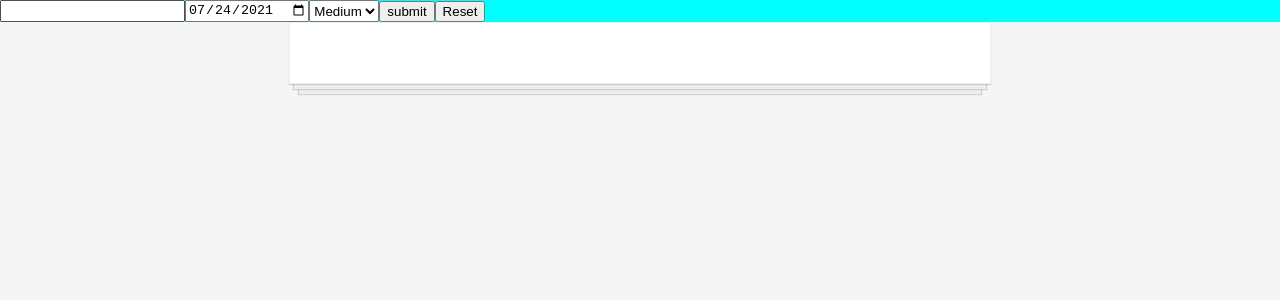
Repository: 0101chaitanya/react-todo
Page: /
These files come from the project's save history. The page is drawn as it stood at one moment and after the next save; the edit follows.
The browser window is 1280 px wide. The pictures show the whole page.
The project was rebuilt for these pictures with package versions that can differ from the ones it lists, and the page was loaded fresh each time. Also part of the build but not shown: src/components/TodoItem.js.

Above is the page before, as saved 2021-07-24 16:29:12.

### src/index.js
import React from "react";
import ReactDOM from "react-dom";
import "./index.css";
import App from "./App";
import reportWebVitals from "./reportWebVitals";
import css from "./App.css";

ReactDOM.render(
  <React.StrictMode>
    <App />
  </React.StrictMode>,
  document.getElementById("root")
);

// If you want to start measuring performance in your app, pass a function
// to log results (for example: reportWebVitals(console.log))
// or send to an analytics endpoint. Learn more: https://bit.ly/CRA-vitals
reportWebVitals();

### src/App.js
import React, { Component } from "react";
import TodoState from "./components/todoState";
import InputForm from "./components/InputForm";
import uniqid from "uniqid";
import { format } from "date-fns";
import css from "./App.css";
class App extends Component {
  constructor() {
    super();
    this.handleSubmit = this.handleSubmit.bind(this);
    this.state = {
      tasksArray: JSON.parse(localStorage.getItem("tasksArray")) ?? [],
    };
  }
  handleSubmit(e, input, context) {
    input.id = uniqid();

    e.preventDefault();
    this.setState(
      (prevState) => ({
        tasksArray: prevState.tasksArray.concat(input),
      }),
      () => {
        localStorage.setItem(
          "tasksArray",
          JSON.stringify(this.state.tasksArray)
        );
      }
    );

    console.log(this.state.tasksArray);
    //e.target.reset();
    e.target.submit();
  }

  render() {
    //localStorage.removeItem("tasksArray");
    //localStorage.clear();
    localStorage.setItem("tasksArray", JSON.stringify(this.state.tasksArray));
    console.log(this.state.tasksArray);

    //console.log(JSON.parse(localStorage.getItem("tasksArray")));
    return (
      <div>
        <InputForm
          className="input-form"
          //item={this.cache}
          //handleNoSubmission={this.handleNoSubmission}
          handleSubmit={this.handleSubmit}
        />
        <TodoState tasksArray={this.state.tasksArray} />
      </div>
    );
  }
}

export default App;

### src/App.css
body {
  background-color: whitesmoke;
}

.todo-list {
  background-color: white;
  margin: auto;
  width: 50%;
  display: flex;
  flex-direction: column;
  align-items: center;
  border: 1px solid #efefef;
  box-shadow:
    /* The top layer shadow */ 0 1px 1px rgba(0, 0, 0, 0.15),
    /* The second layer */ 0 10px 0 -5px #eee,
    /* The second layer shadow */ 0 10px 1px -4px rgba(0, 0, 0, 0.15),
    /* The third layer */ 0 20px 0 -10px #eee,
    /* The third layer shadow */ 0 20px 1px -9px rgba(0, 0, 0, 0.15);
  padding: 30px;
}

.todo-item {
  display: flex;
  justify-content: flex-start;
  align-items: center;
  padding: 30px 20px 0;
  width: 70%;
  border-bottom: 1px solid #cecece;
  font-family: Roboto, sans-serif;
  font-weight: 100;
  font-size: 15px;
  color: #333333;
}

input[type="checkbox"] {
  margin-right: 10px;
  font-size: 30px;
}

input[type="checkbox"]:focus {
  outline: 0;
}

.input-form {
  background-color: aqua;

  display: flex;
  margin-left: auto;
  margin-right: auto;
}

### src/components/todoState.js
import React from "react";
import TodoItem from "./TodoItem";
import css from "../App.css";
class TodoState extends React.Component {
  constructor(props) {
    super(props);
    this.state = {
      todos: this.props.tasksArray || [],
    };
    this.handleChange = this.handleChange.bind(this);
    //this.handleSubmit = this.handleSubmit.bind(this);
    this.deleteTask = this.deleteTask.bind(this);
    this.callSubmit = this.callSubmit.bind(this);
  }
  callSubmit(e, id, sentState) {
    this.setState(
      (prevState) => {
        const newTd = prevState.todos.map((todo) => {
          if (todo.id === id) {
            todo = sentState;
            return todo;
          } else {
            return todo;
          }
        });
        console.log(newTd);

        return {
          todos: newTd,
        };
      },
      (e) =>
        localStorage.setItem("tasksArray", JSON.stringify(this.state.todos))
    );
  }

  deleteTask(e, id) {
    this.setState(
      (prevState) => {
        const newTd = prevState.todos.filter((todo) => {
          return todo.id === id ? false : todo;
        });
        console.log(newTd);

        return {
          todos: newTd,
        };
      },
      (e) =>
        localStorage.setItem("tasksArray", JSON.stringify(this.state.todos))
    );
  }
  handleChange(id) {
    this.setState(
      (prevState) => {
        const newTodos = prevState.todos.map((todo) => {
          if (todo.id === id) {
            return {
              ...todo,
              completed: !todo.completed,
            };
          }
          return todo;
        });
        return {
          todos: newTodos,
        };
      },
      (e) =>
        localStorage.setItem("tasksArray", JSON.stringify(this.state.todos))
    );
  }
  render() {
    const todoItems = this.state.todos.map((item) => (
      <TodoItem
        key={item.id}
        item={item}
        callSubmit={this.callSubmit}
        deleteTask={this.deleteTask}
        handleChange={this.handleChange}
      />
    ));

    return (
      <div>
        <div className="todo-list">{todoItems}</div>
      </div>
    );
  }
}

export default TodoState;

### src/components/InputForm.js
import React from "react";
import uniqid from "uniqid";
import parseISO from "date-fns/parseISO";
import differenceInDays from "date-fns/differenceInDays";
import { format } from "date-fns";

class InputForm extends React.Component {
  constructor(props) {
    super(props);
    this.state = this.props.item || {
      description: "",
      date: format(new Date(), "yyyy-MM-dd"),
      priority: "medium",
      completed: false,
    };
    this.handleChange = this.handleChange.bind(this);
  }

  handleChange(e) {
    const { name, value } = e.target;
    this.setState({
      ...this.state,

      [name]: value,
    });
  }

  render() {
    const bin = this.props.item;

    return (
      <form
        className="input-form"
        onSubmit={(e) => {
          this.props.handleSubmit(e, this.state, this);
          this.setState({
            description: "",
            date: format(new Date(), "yyyy-MM-dd"),
            priority: "medium",
            id: uniqid(),
            priorityTags: ["medium"],
            dateTags: [],
            completed: false,
          });
        }}
        onReset={(e) => {
          //e.preventDefault();
          this.setState({
            state: bin,
          });
        }}
      >
        <input
          onChange={this.handleChange}
          value={this.state.description}
          name="description"
          type="text"
          required
        />
        <input
          required
          onChange={this.handleChange}
          value={this.state.date}
          name="date"
          type="date"
        />
        <select
          onChange={this.handleChange}
          value={this.state.priority}
          name="priority"
          required
        >
          <option value="low">Low</option>
          <option value="medium">Medium</option>
          <option value="high">High</option>
        </select>

        <label>
          <input type="submit" value="submit" />
        </label>
        <label>
          <input type="reset" value="Reset" />
        </label>
      </form>
    );
  }
}
export default InputForm;

Loaded but not shown: public/index.html (common file); src/index.css (common file); src/reportWebVitals.js (common file)

After the next save:
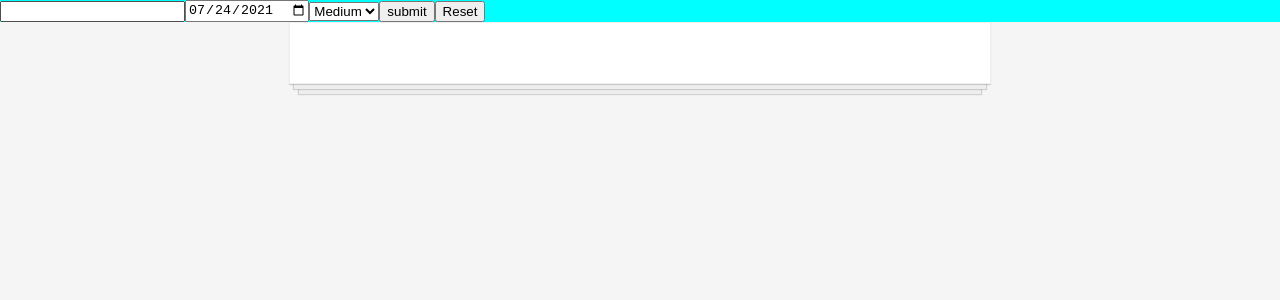
Saved 10 s later.
--- a/src/App.css
+++ b/src/App.css
@@ -45,6 +45,5 @@ input[type="checkbox"]:focus {
   background-color: aqua;
 
   display: flex;
-  margin-left: auto;
-  margin-right: auto;
+  align-items: center;
 }
